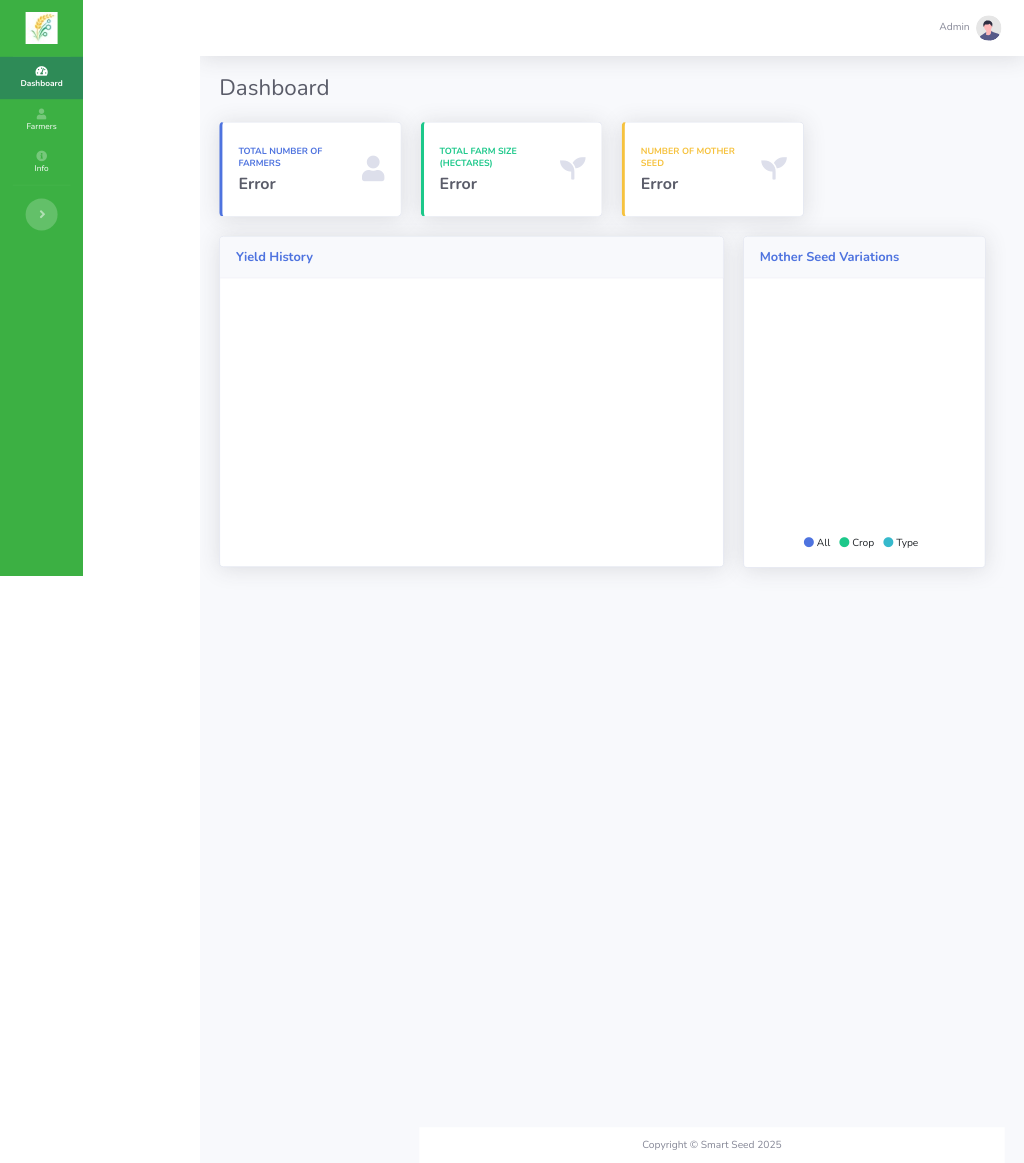
Repository: IFoundGeorge/Smart-Seed-v8-master
Page: src/guest/index.html
An editor plug-in stored every save of this project. The page is shown before and after the next save, followed by the edit.
The browser window is 1280 px wide. The pictures show the whole page, at 80% of full size.
After loading, the first visible `#sidebarToggle` was clicked once.
The page's requests for data from a server got no answer. Some web libraries are served in a nearby version.

Above is the page before, as saved 2025-03-19 02:58:35.

After the next save:
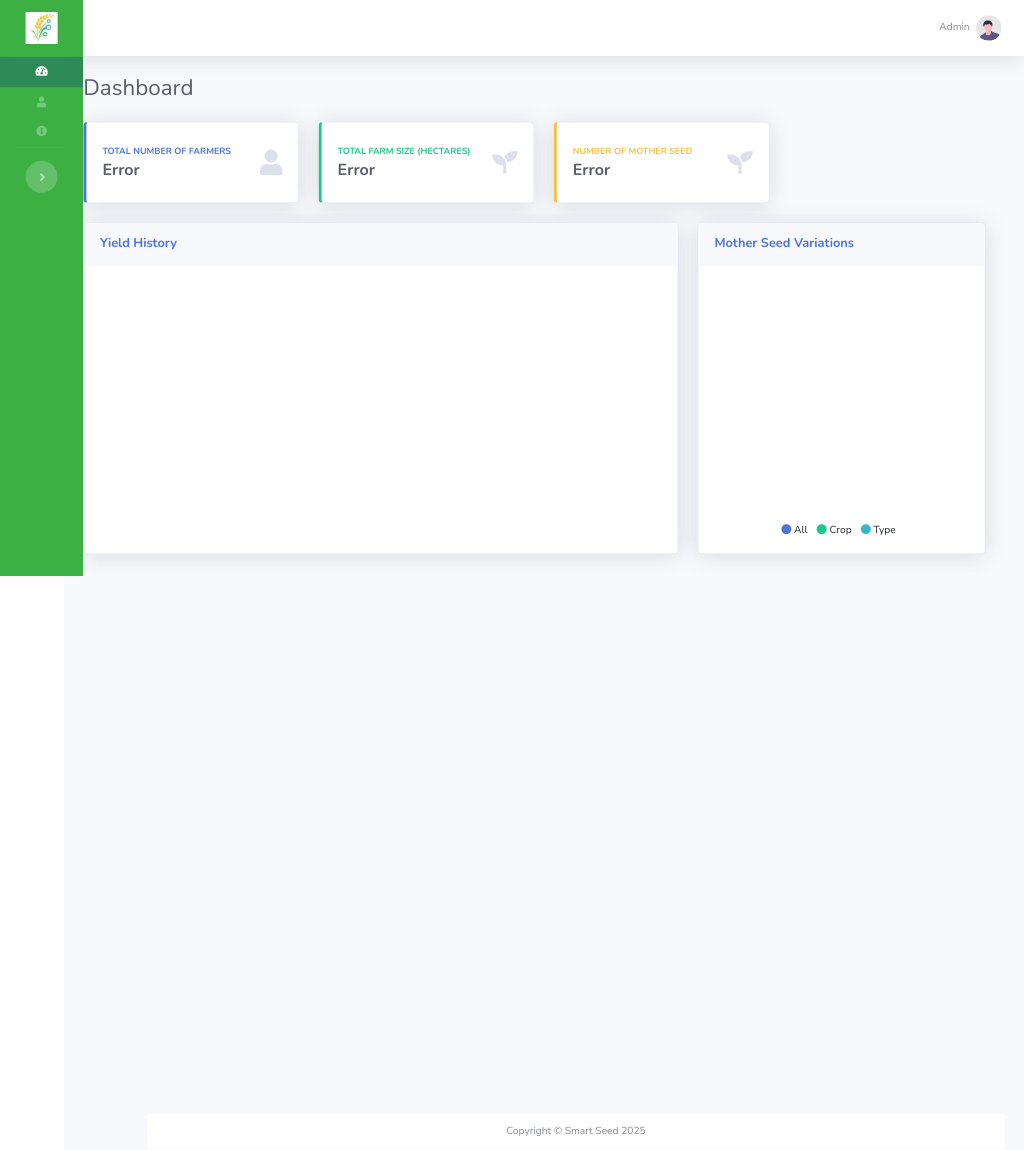
Saved 19 min 22 s later.
--- a/src/guest/index.html
+++ b/src/guest/index.html
@@ -112,6 +112,30 @@
         .sidebar .nav-item.active .nav-link {
             background-color: #2e8b57; /* Darker green for active links */
             color: white; /* Text color for active links */
+        }
+    </style>
+    <style>
+        /* Adjust content wrapper margin when the sidebar is toggled */
+        body.sidebar-toggled #content-wrapper {
+            margin-left: 80px; /* Adjust this value to match the collapsed sidebar width */
+            transition: margin-left 0.3s ease; /* Smooth transition */
+        }
+
+        /* Adjust the sidebar width when toggled */
+        body.sidebar-toggled .sidebar {
+            width: 80px; /* Collapsed sidebar width */
+            transition: width 0.3s ease; /* Smooth transition */
+        }
+
+        /* Hide the sidebar text when toggled */
+        body.sidebar-toggled .sidebar .nav-item .nav-link span {
+            display: none; /* Hide the text */
+        }
+
+        /* Center the icons in the sidebar when toggled */
+        body.sidebar-toggled .sidebar .nav-item .nav-link {
+            text-align: center;
+            padding: 0.75rem 0;
         }
     </style>
 </head>
